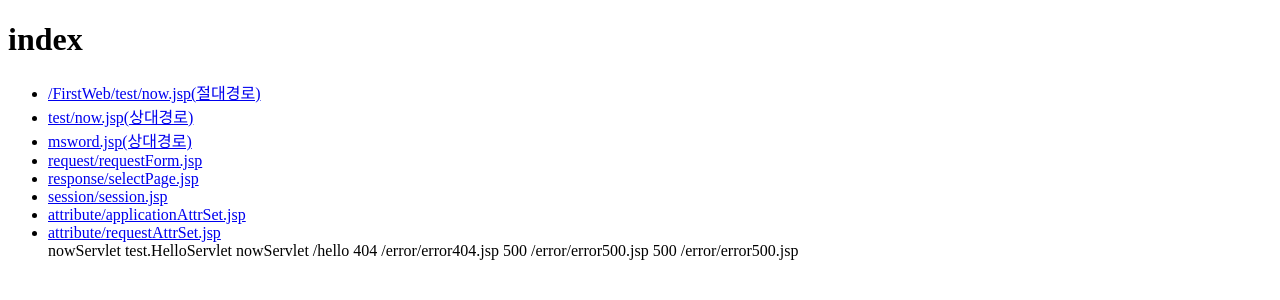
Repository: 2hundred2ne2/bit
Page: http://localhost/First_Web/
These files come from the project's save history. The page is drawn as it stood at one moment and after the next save; the edit follows.
The browser window is 1280 px wide. The pictures show the whole page.
The page is served by Tomcat 9.

Above is the page before, as saved 2020-12-17 08:31:16.

After the next save:
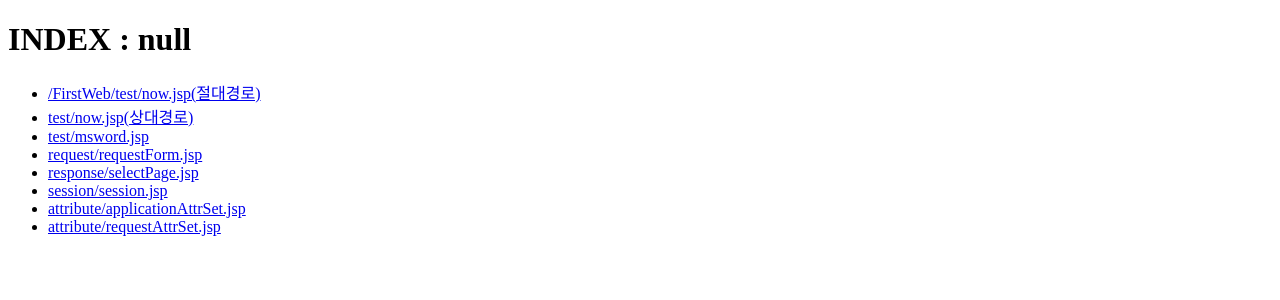
Saved 5 min 40 s later.
--- a/JSP_PROJECT/First_Web/WebContent/index.jsp
+++ b/JSP_PROJECT/First_Web/WebContent/index.jsp
@@ -1,50 +1,22 @@
+
 <%@ page language="java" contentType="text/html; charset=UTF-8"
-	pageEncoding="UTF-8"%>
+    pageEncoding="UTF-8"%>
 <!DOCTYPE html>
 <html>
 <head>
 <meta charset="UTF-8">
-<title>First Jsp</title>
+<title>First JSP</title>
 </head>
 <body>
-	<h1>index</h1>
+	<h1>INDEX : <%= session.getAttribute("userName") %></h1>
 	<ul>
-
 		<li><a href="/FirstWeb/test/now.jsp">/FirstWeb/test/now.jsp(절대경로)</a></li>
 		<li><a href="test/now.jsp">test/now.jsp(상대경로)</a></li>
-		<li><a href="test/msword.jsp">msword.jsp(상대경로)</a></li>
+		<li><a href="test/msword.jsp">test/msword.jsp</a></li>
 		<li><a href="request/requestForm.jsp">request/requestForm.jsp</a></li>
 		<li><a href="response/selectPage.jsp">response/selectPage.jsp</a></li>
 		<li><a href="session/session.jsp">session/session.jsp</a></li>
 		<li><a href="attribute/applicationAttrSet.jsp">attribute/applicationAttrSet.jsp</a></li>
 		<li><a href="attribute/requestAttrSet.jsp">attribute/requestAttrSet.jsp</a></li>
-
-		<!--
-  			서블릿 등록
-  			서블릿 이름, 서블릿 클래스의 풀 네임
-  -->
-		<servlet> <servlet-name>nowServlet</servlet-name> <servlet-class>test.HelloServlet</servlet-class>
-		</servlet>
-
-		<servlet-mapping> <servlet-name>nowServlet</servlet-name>
-		<url-pattern>/hello</url-pattern> </servlet-mapping>
-		<!-- 에러페이지의 등록 -->
-		<!--http 상태의 코드로등록  -->
-		<error-page>
-			<error-code>404</error-code>
-			<location>/error/error404.jsp</location>
-		</error-page>
-	<error-page>
-			<error-code>500</error-code>
-			<location>/error/error500.jsp</location>
-		</error-page>
-		<error-page>
-			<error-code>500</error-code>
-			<location>/error/error500.jsp</location>
-		</error-page>
-
-
-
 	</ul>
-</body>
-</html>
+</body> </html>
